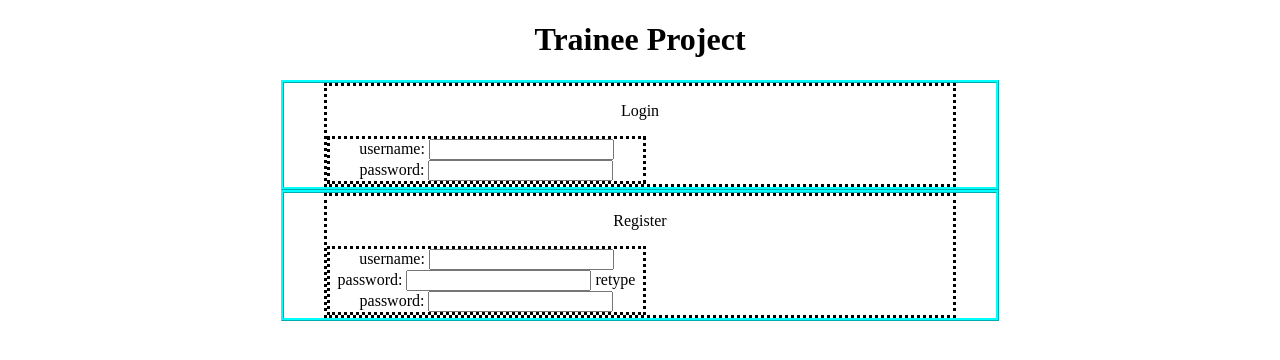
Repository: LsCodeMaster/Training
Page: Trainee/WebContent/trainee.html
These files come from the project's save history. The page is drawn as it stood at one moment and after the next save; the edit follows.
The browser window is 1280 px wide. The pictures show the whole page.

Above is the page before, as saved 2015-09-15 10:32:41.

After the next save:
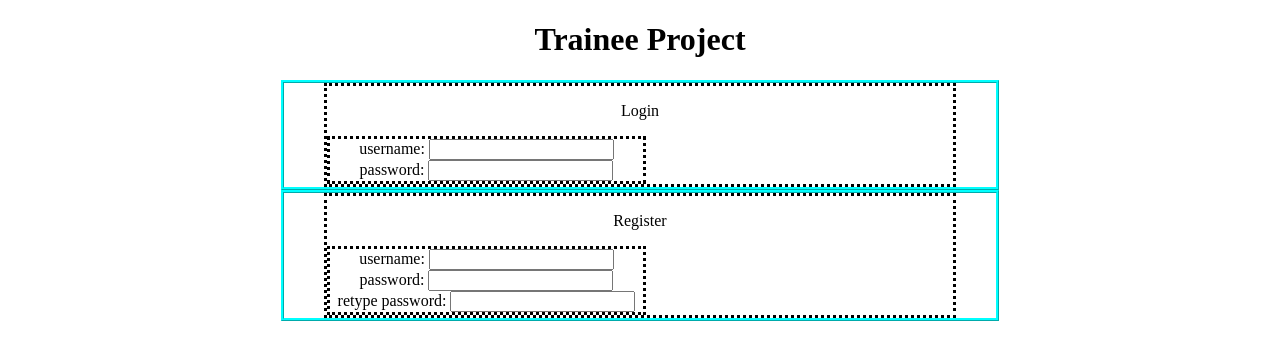
Saved 97 s later.
--- a/Trainee/WebContent/trainee.html
+++ b/Trainee/WebContent/trainee.html
@@ -12,8 +12,8 @@
 			<p>Login</p>
 			<div class="center">
 				<form>
-					username: <input type="text">
-					password: <input type="password">
+					username: <input type="text"><br/>
+					password: <input type="password"><br/>
 				</form>
 			</div>
 		</div>
@@ -23,9 +23,9 @@
 			<p>Register</p>
 			<div class="center">
 				<form>
-					username: <input type="text">
-					password: <input type="password">
-					retype password: <input type="password">
+					username: <input type="text"><br/>
+					password: <input type="password"><br/>
+					retype password: <input type="password"><br/>
 				</form>
 			</div>
 		</div>
